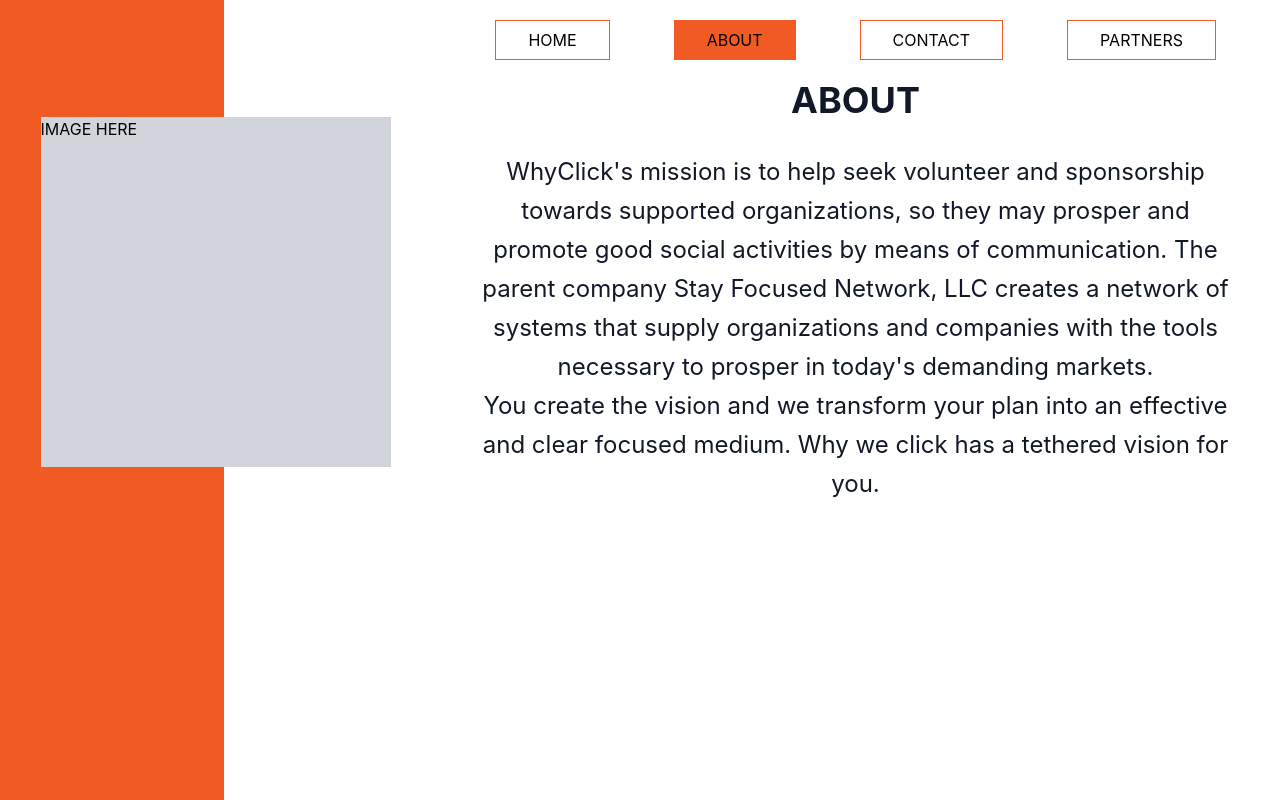
Repository: legenddev1202/whyclicktv
Page: /about
The author's editor kept a copy of each file at every save. The page is drawn from the files as they stood at one save, then again after the next save.
The browser window is 1280 px wide. The pictures show the whole page.
The project was rebuilt for these pictures with package versions that can differ from the ones it lists, and the page was loaded fresh each time. Also part of the build but not shown: src/App.css, src/pages/home.js, src/pages/contact.js, src/pages/partners.js, src/pages/referral.js.

Above is the page before, as saved 2022-03-31 12:02:37.

After the next save:
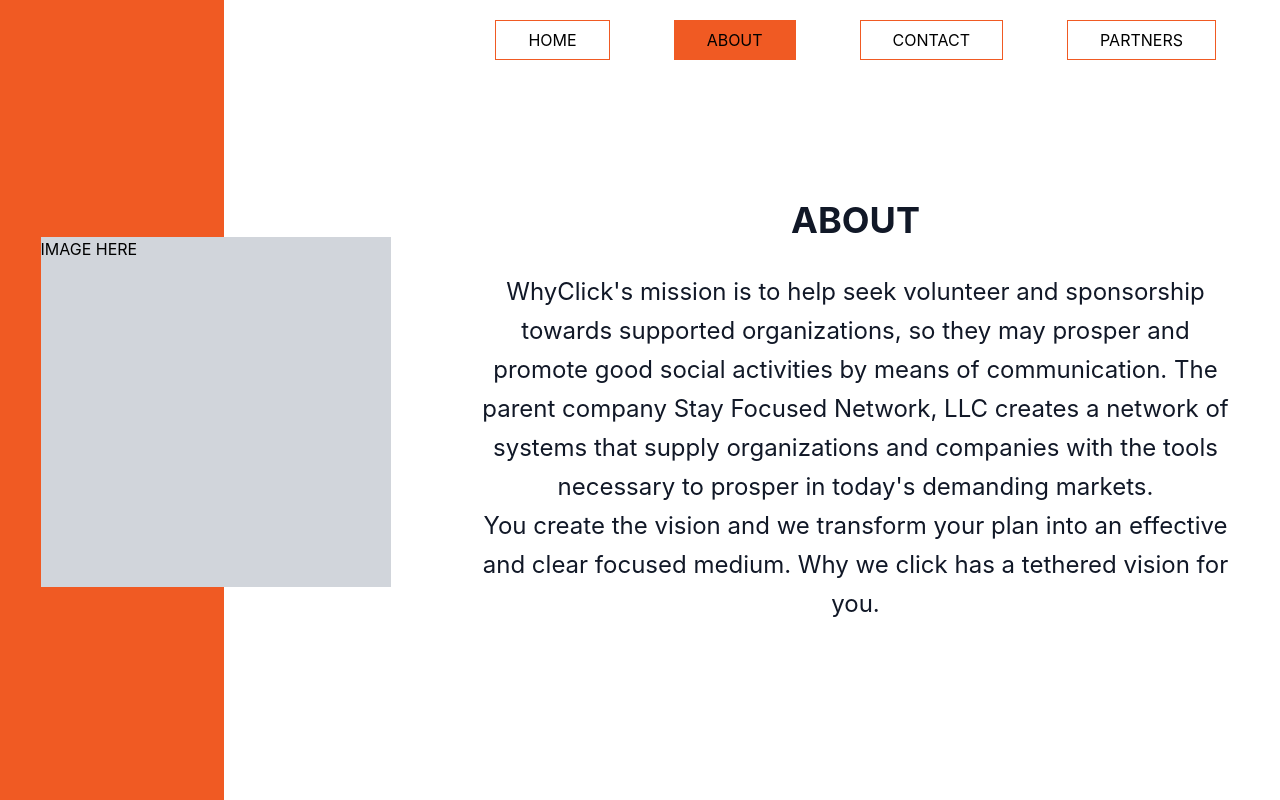
Saved 13 s later.
--- a/src/pages/about.js
+++ b/src/pages/about.js
@@ -39,7 +39,10 @@ function About() {
         </div>
       </div>
 
-      <div className="flex w-full items-center justify-around absolute z-20 mx-auto ml-auto top-120">
+      <div
+        className="flex w-full items-center justify-around absolute z-20 mx-auto ml-auto"
+        style={{ top: "200px" }}
+      >
         <div
           className="bg-gray-300"
           style={{ width: "350px", height: "350px" }}
